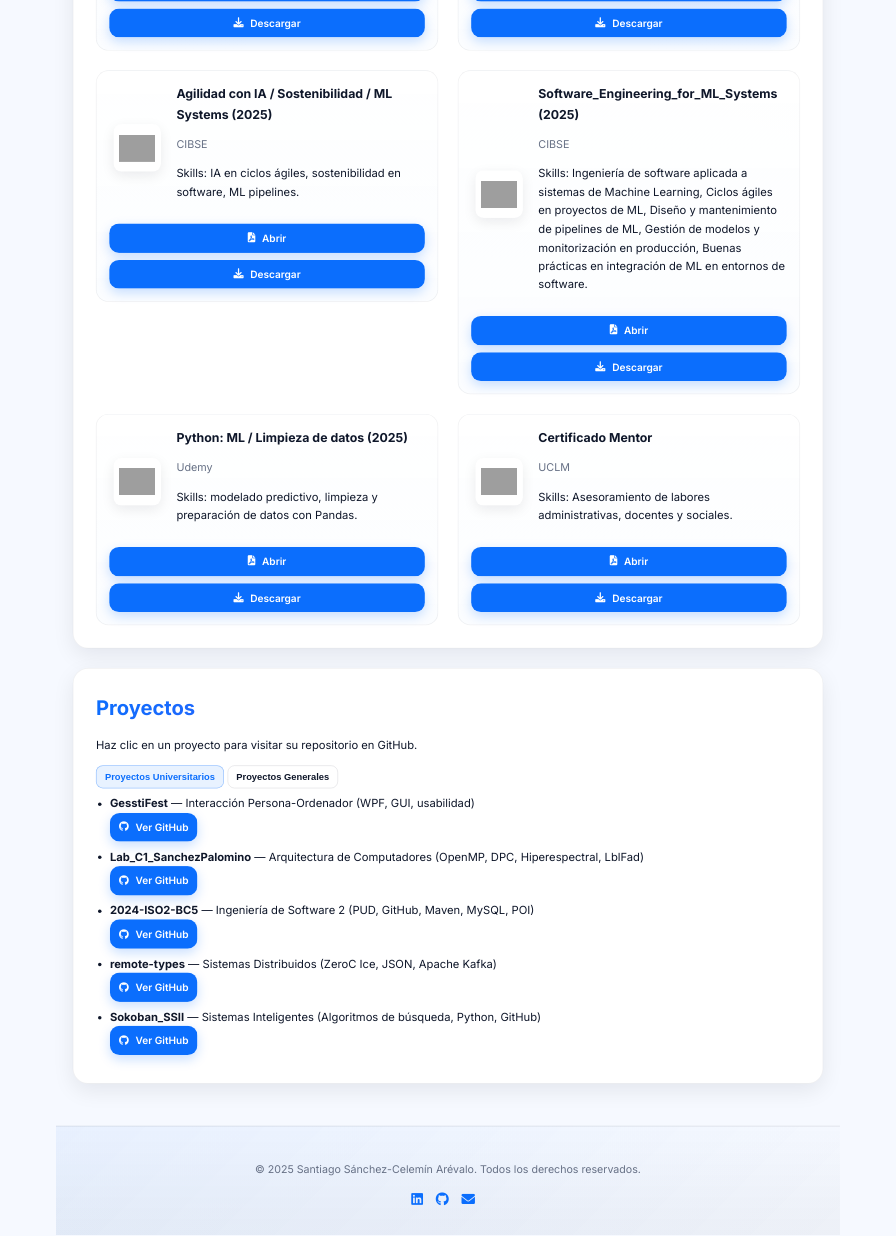
Repository: SantiagoSanchez-CeleminArevalo/Portfolio_SantiagoSanchez-CeleminArevalo
Page: docs/index.html
These files come from the project's save history. The page is drawn as it stood at one moment and after the next save; the edit follows.
The browser window is 1280 px wide. The pictures show the part of the page from y = 2965 to 4885 px (the page is 4730 px tall before and 4885 px after), at 70% of full size.
Pictures or frames that could not be fetched are drawn as grey boxes.

Above is the page before, as saved 2025-12-09 17:56:44.
Console error: TypeError: Cannot read properties of null (reading 'classList')

### docs/index.html
<!doctype html>
<html lang="es">
<head>
  <meta charset="utf-8">
  <meta name="viewport" content="width=device-width, initial-scale=1">
  <title>Portfolio — Santiago Sánchez-Celemín Arévalo</title>
  <link rel="preconnect" href="https://fonts.googleapis.com">
  <link rel="preconnect" href="https://fonts.gstatic.com" crossorigin>
  <link href="https://fonts.googleapis.com/css2?family=Inter:wght@300;400;500;600;700;800&display=swap" rel="stylesheet">
  <link rel="stylesheet" href="https://cdnjs.cloudflare.com/ajax/libs/font-awesome/6.0.0/css/all.min.css">
  <link rel="stylesheet" href="styles.css">
</head>
<body>
  <a class="skip-link" href="#sobre-mi">Saltar al contenido</a>

  <nav class="navbar">
    <div class="container">
      <div class="logo">
        <span class="logo-badge">S</span>
        <a href="#sobre-mi" aria-label="Ir a Sobre mí">Santiago</a>
      </div>
      <div class="nav-links" role="navigation" aria-label="Secciones del sitio">
        <a href="#sobre-mi">Sobre mí</a>
        <a href="#habilidades">Habilidades</a>
        <a href="#formacion">Formación</a>
        <a href="#cursos">Cursos</a>
        <a href="#proyectos">Proyectos</a>
      </div>
      <div class="actions">
        <button class="theme-toggle" id="theme-toggle" aria-label="Cambiar tema">
          <i class="fas fa-moon" aria-hidden="true"></i>
        </button>
        <button class="hamburger" id="hamburger" aria-label="Abrir menú">
          <i class="fas fa-bars" aria-hidden="true"></i>
        </button>
      </div>
    </div>
    <div class="mobile-menu container" id="mobileMenu" hidden aria-hidden="true">

      <!-- Enlaces del menú -->
      <a href="#sobre-mi">Sobre mí</a>
      <a href="#habilidades">Habilidades</a>
      <a href="#formacion">Formación</a>
      <a href="#cursos">Cursos</a>
      <a href="#proyectos">Proyectos</a>
    </div>

  </nav>

  <header class="hero" id="inicio">
    <div class="container hero-grid">
      <div class="profile">
        <img loading="lazy" src="images/Foto_Profesional.jpg" alt="Foto de Santiago Sánchez-Celemín Arévalo" class="profile-photo">
        <h1>Santiago Sánchez-Celemín Arévalo</h1>
        <p class="subtitle">Estudiante de Ingeniería Informática — Universidad de Castilla-La Mancha</p>
        <p class="meta">Carnet: Tipo B · Disponibilidad para viajar</p>
        <div class="cta-row">
          <a href="cv/Curriculum_Santiago_Sánchez-Celemín_Arévalo.pdf" class="btn" download>
            <i class="fa-solid fa-file-arrow-down"></i> Descargar CV
          </a>
          <a href="#proyectos" class="btn ghost">
            <i class="fa-solid fa-diagram-project"></i> Ver proyectos
          </a>
        </div>
        <div class="social-icons" aria-label="Enlaces sociales">
          <a href="https://www.linkedin.com/in/santiago-s%C3%A1nchez-celem%C3%ADn-ar%C3%A9valo/" target="_blank" rel="noopener" aria-label="LinkedIn"><i class="fab fa-linkedin"></i></a>
          <a href="https://santiagosanchez-celeminarevalo.github.io/Portfolio_SantiagoSanchez-CeleminArevalo/" target="_blank" rel="noopener" aria-label="GitHub"><i class="fab fa-github"></i></a>
          <a href="mailto:s.sanchezcelemin@gmail.com" aria-label="Email"><i class="fas fa-envelope"></i></a>
        </div>
      </div>

      <aside class="contact-card" aria-labelledby="contact-title">
        <h2 id="contact-title">Contacto</h2>
        <p><strong>Teléfono:</strong> +34 638 85 64 13</p>
        <p><strong>Email:</strong> <a href="mailto:s.sanchezcelemin@gmail.com">s.sanchezcelemin@gmail.com</a></p>
        <p><strong>Direcciones:</strong><br> Calle Conta 44, Corral de Almaguer, 45880<br> Calle Quevedo 17, 2F, Ciudad Real, 13004</p>
        <p><strong>LinkedIn:</strong><br> <a href="https://www.linkedin.com/in/santiago-s%C3%A1nchez-celem%C3%ADn-ar%C3%A9valo/" target="_blank" rel="noopener">santiago-sánchezcelemín-arévalo</a></p>
      </aside>
    </div>
  </header>

  <main class="container">
    <section id="sobre-mi" class="card">
      <h2>Sobre mí</h2>
      <p>Soy Santiago, estudiante del Grado en Ingeniería Informática en la UCLM, con especial interés en el desarrollo de software y tecnologías como Java, Spring Boot, Angular, SQL y Python. Me considero una persona con una gran capacidad de aprendizaje rápido, capaz de adaptarme a nuevos entornos y herramientas con facilidad.</p>
      <p> Disfruto trabajando en equipo, aportando soluciones y manteniendo siempre una actitud proactiva y orientada a resultados. Además, estoy acostumbrado a trabajar con Git y metodologías ágiles (Scrum) en equipo, lo que me permite integrarme fácilmente en entornos colaborativos de desarrollo. Cuento también con formación complementaria en bases de datos, cloud e inteligencia artificial, lo que me permite abordar proyectos de forma eficaz.</p>
    </section>

    <section id="habilidades" class="card two-column">
    <div>
      <h2>Habilidades técnicas</h2>
      <ul>
        <li><i class="fas fa-code"></i> Lenguajes: Java, C++, Python</li>
        <li><i class="fas fa-layer-group"></i> Backend: Java 17, Spring Boot, APIs REST, JSON</li>
        <li><i class="fas fa-database"></i> Bases de datos: MySQL, PostgreSQL, Oracle SQL, MongoDB, modelado de datos</li>
        <li><i class="fas fa-palette"></i> Front-end: HTML5, CSS3, Angular, consumo de APIs REST</li>
        <li><i class="fas fa-cloud"></i> Cloud & DevOps: Git / GitHub, Docker, CI/CD (GitHub Actions, Jenkins – nivel inicial/Medio), AWS y Azure (nivel Medio)</li>
        <li><i class="fas fa-robot"></i> IA y datos: Python para Machine Learning, limpieza y transformación de datos con Pandas</li>
        <li><i class="fas fa-file-alt"></i> Ofimática: Microsoft Office (Word, Excel, PowerPoint) — nivel avanzado</li>
      </ul>
    </div>

    <div>
      <h2>Habilidades no técnicas</h2>
      <ul>
        <li><i class="fas fa-comments"></i> Comunicación clara y documentación técnica</li>
        <li><i class="fas fa-users"></i> Trabajo en equipo y actitud proactiva</li>
        <li><i class="fas fa-clock"></i> Organización y gestión del tiempo</li>
        <li><i class="fas fa-brain"></i> Capacidad de aprendizaje rápido y adaptación</li>
        <li><i class="fas fa-hands-helping"></i> Mentoría y apoyo a compañeros (Programa Mentor UCLM)</li>
      </ul>
    </div>
  </section>


    <section id="formacion" class="card">
      <h2>Formación</h2>
      <ul class="education-list">
        <li>
          <h3><i class="fas fa-graduation-cap"></i> Ingeniería Informática <span class="muted">— UCLM, Ciudad Real</span></h3>
          <p class="muted">2022 — 2025 (en curso)</p>
          <p>Estudiante del Grado en Ingeniería Informática. Formación orientada a desarrollo de software, bases de datos y sistemas.</p>
        </li>
        <li>
          <h3><i class="fas fa-school"></i> Bachillerato — Humanidades y Ciencias Sociales</h3>
          <p class="muted">2020 — 2022</p>
        </li>
      </ul>
    </section>

    <section id="idiomas" class="card">
      <h2>Idiomas</h2>
      <ul>
        <li><i class="fas fa-language"></i> Español — Nativo</li>
        <li><i class="fas fa-language"></i> Inglés — Nivel medio</li>
      </ul>
    </section>

  <section id="cursos" class="card">
    <h2>Cursos y formación complementaria</h2>
    <p class="muted">Haz clic en un curso para verlo. Puedes previsualizar el certificado antes de descargar.</p>

    <div class="courses-grid">
      <article class="course-card" data-course="c1" data-cert="certs/c1.pdf" tabindex="0" aria-labelledby="c1-title">
        <figure class="course-logo">
          <img loading="lazy" src="images/Complutense.jpg" alt="Universidad Complutense de Madrid — logo">
        </figure>
        <div class="course-body">
          <h3 id="c1-title">Desarrollo de App’s Móviles (2023)</h3>
          <p class="muted">Universidad Complutense de Madrid</p>
          <p>Skills: desarrollo móvil, publicación y deploy.</p>
        </div>
        <div class="course-actions">
          <a class="btn small" href="certs/Desarrollo_de_Apps_Móviles.pdf" target="_blank" rel="noopener"><i class="fa-solid fa-file-pdf"></i> Abrir</a>
          <a class="btn small" href="certs/Desarrollo_de_Apps_Móviles.pdf" download><i class="fa-solid fa-download"></i> Descargar</a>
        </div>
      </article>

      <article class="course-card" data-course="c2" data-cert="certs/c2.pdf" tabindex="0" aria-labelledby="c2-title">
        <figure class="course-logo">
          <img loading="lazy" src="images/INCIBE.jpg" alt="INCIBE — Instituto Nacional de Ciberseguridad — logo">
        </figure>
        <div class="course-body">
          <h3 id="c2-title">Ciberseguridad (2023)</h3>
          <p class="muted">INCIBE — Instituto Nacional de Ciberseguridad</p>
          <p>Skills: búsqueda de ciberamenazas, ciberdefensa.</p>
        </div>
        <div class="course-actions">
          <a class="btn small" href="certs/CIBERSEGURIDAD.pdf" target="_blank" rel="noopener"><i class="fa-solid fa-file-pdf"></i> Abrir</a>
          <a class="btn small" href="certs/CIBERSEGURIDAD.pdf" download><i class="fa-solid fa-download"></i> Descargar</a>
        </div>
      </article>

      <article class="course-card" data-course="c3" data-cert="certs/c3.pdf" tabindex="0" aria-labelledby="c3-title">
        <figure class="course-logo">
          <img loading="lazy" src="images/Google.jpg" alt="Google — logo">
        </figure>
        <div class="course-body">
          <h3 id="c3-title">Digitaliza tu empresa (2023)</h3>
          <p class="muted">Google</p>
          <p>Skills: digitalización, redes sociales, marketing digital, YouTube Analytics.</p>
        </div>
        <div class="course-actions">
          <a class="btn small" href="certs/DIGITALIZA_TU_NEGOCIO.pdf" target="_blank" rel="noopener"><i class="fa-solid fa-file-pdf"></i> Abrir</a>
          <a class="btn small" href="certs/DIGITALIZA_TU_NEGOCIO.pdf" download><i class="fa-solid fa-download"></i> Descargar</a>
        </div>
      </article>

      <article class="course-card" data-course="c4" data-cert="certs/c4.pdf" tabindex="0" aria-labelledby="c4-title">
        <figure class="course-logo">
          <img loading="lazy" src="images/Udemy.png" alt="Udemy — logo">
        </figure>
        <div class="course-body">
          <h3 id="c4-title">Oracle Database (2025)</h3>
          <p class="muted">Udemy</p>
          <p>Skills: modelado y diseño de BD, SQL, PL/SQL, administración.</p>
        </div>
        <div class="course-actions">
          <a class="btn small" href="certs/Certificado_Bases_de_Datos_Oracle.pdf" target="_blank" rel="noopener"><i class="fa-solid fa-file-pdf"></i> Abrir</a>
          <a class="btn small" href="certs/Certificado_Bases_de_Datos_Oracle.pdf" download><i class="fa-solid fa-download"></i> Descargar</a>
        </div>
      </article>

      <article class="course-card" data-course="c5" data-cert="certs/c5.pdf" tabindex="0" aria-labelledby="c5-title">
        <figure class="course-logo">
          <img loading="lazy" src="images/CIBSE.png" alt="CIBSE — logo">
        </figure>
        <div class="course-body">
          <h3 id="c5-title">Agilidad con IA / Sostenibilidad / ML Systems (2025)</h3>
          <p class="muted">CIBSE</p>
          <p>Skills: IA en ciclos ágiles, sostenibilidad en software, ML pipelines.</p>
        </div>
        <div class="course-actions">
          <a class="btn small" href="certs/Agilidad_con_esteroides_de_Inteligencia_Artificial.pdf" target="_blank" rel="noopener"><i class="fa-solid fa-file-pdf"></i> Abrir</a>
          <a class="btn small" href="certs/Agilidad_con_esteroides_de_Inteligencia_Artificial.pdf" download><i class="fa-solid fa-download"></i> Descargar</a>
        </div>
      </article>

      <article class="course-card" data-course="c5" data-cert="certs/c5.pdf" tabindex="0" aria-labelledby="c5-title">
        <figure class="course-logo">
          <img loading="lazy" src="images/CIBSE.png" alt="CIBSE — logo">
        </figure>
        <div class="course-body">
          <h3 id="c5-title">Software_Engineering_for_ML_Systems (2025)</h3>
          <p class="muted">CIBSE</p>
          <p>Skills: Ingeniería de software aplicada a sistemas de Machine Learning, Ciclos ágiles en proyectos de ML, Diseño y mantenimiento de pipelines de ML, Gestión de modelos y monitorización en producción, Buenas prácticas en integración de ML en entornos de software.</p>
        </div>
        <div class="course-actions">
          <a class="btn small" href="certs/Software_Engineering_for_ML_Systems.pdf" target="_blank" rel="noopener"><i class="fa-solid fa-file-pdf"></i> Abrir</a>
          <a class="btn small" href="certs/Software_Engineering_for_ML_Systems.pdf" download><i class="fa-solid fa-download"></i> Descargar</a>
        </div>
      </article>

      <article class="course-card" data-course="c6" data-cert="certs/c6.pdf" tabindex="0" aria-labelledby="c6-title">
        <figure class="course-logo">
          <img loading="lazy" src="images/Udemy.png" alt="Udemy — logo">
        </figure>
        <div class="course-body">
          <h3 id="c6-title">Python: ML / Limpieza de datos (2025)</h3>
          <p class="muted">Udemy</p>
          <p>Skills: modelado predictivo, limpieza y preparación de datos con Pandas.</p>
        </div>
        <div class="course-actions">
          <a class="btn small" href="certs/Udemy,_transformación_y_limpieza_de_datos.pdf" target="_blank" rel="noopener"><i class="fa-solid fa-file-pdf"></i> Abrir</a>
          <a class="btn small" href="certs/Udemy,_transformación_y_limpieza_de_datos.pdf" download><i class="fa-solid fa-download"></i> Descargar</a>
        </div>
      </article>

      <article class="course-card" data-course="c6" data-cert="certs/c6.pdf" tabindex="0" aria-labelledby="c6-title">
        <figure class="course-logo">
          <img loading="lazy" src="images/UCLM.png" alt="UCLM — logo">
        </figure>
        <div class="course-body">
          <h3 id="c6-title">Certificado Mentor</h3>
          <p class="muted">UCLM</p>
          <p>Skills: Asesoramiento de labores administrativas, docentes y sociales.</p>
        </div>
        <div class="course-actions">
          <a class="btn small" href="certs/DIPLOMA_MENTOR.pdf" target="_blank" rel="noopener"><i class="fa-solid fa-file-pdf"></i> Abrir</a>
          <a class="btn small" href="certs/DIPLOMA_MENTOR.pdf" download><i class="fa-solid fa-download"></i> Descargar</a>
        </div>
      </article>
    </div>
  </section>


    <!-- Sección de proyectos con pestañas -->
    <section id="proyectos" class="card">
      <h2>Proyectos</h2>
      <p>Haz clic en un proyecto para visitar su repositorio en GitHub.</p>

      <div class="project-tabs">
        <button class="tab-btn active" data-tab="uni">Proyectos Universitarios</button>
        <button class="tab-btn" data-tab="gen">Proyectos Generales</button>
      </div>

      <div class="tab-content">
        <!-- Proyectos Universitarios -->
        <div id="uni" class="tab-panel">
          <ul class="projects-list">
            <li>
              <strong>GesstiFest</strong> — Interacción Persona-Ordenador (WPF, GUI, usabilidad)<br>
              <a class="btn small" href="https://github.com/SantiagoSanchez-CeleminArevalo/Portfolio_SantiagoSanchez-CeleminArevalo/blob/projects/projects/GesstiFest" target="_blank" rel="noopener">
                <i class="fab fa-github"></i> Ver GitHub
              </a>
            </li>
            <li>
              <strong>Lab_C1_SanchezPalomino</strong> — Arquitectura de Computadores (OpenMP, DPC, Hiperespectral, LblFad)<br>
              <a class="btn small" href="https://github.com/SantiagoSanchez-CeleminArevalo/Portfolio_SantiagoSanchez-CeleminArevalo/blob/projects/projects/Lab_C1_SanchezPalomino-main" target="_blank" rel="noopener">
                <i class="fab fa-github"></i> Ver GitHub
              </a>
            </li>
            <li>
              <strong>2024-ISO2-BC5</strong> — Ingeniería de Software 2 (PUD, GitHub, Maven, MySQL, POI)<br>
              <a class="btn small" href="https://github.com/SantiagoSanchez-CeleminArevalo/Portfolio_SantiagoSanchez-CeleminArevalo/blob/projects/projects/2024-ISO2-BC5-main" target="_blank" rel="noopener">
                <i class="fab fa-github"></i> Ver GitHub
              </a>
            </li>
            <li>
              <strong>remote-types</strong> — Sistemas Distribuidos (ZeroC Ice, JSON, Apache Kafka)<br>
              <a class="btn small" href="https://github.com/SantiagoSanchez-CeleminArevalo/Portfolio_SantiagoSanchez-CeleminArevalo/blob/projects/projects/remote-types-main-main" target="_blank" rel="noopener">
                <i class="fab fa-github"></i> Ver GitHub
              </a>
            </li>
            <li>
              <strong>Sokoban_SSII</strong> — Sistemas Inteligentes (Algoritmos de búsqueda, Python, GitHub)<br>
              <a class="btn small" href="https://github.com/SantiagoSanchez-CeleminArevalo/Portfolio_SantiagoSanchez-CeleminArevalo/blob/projects/projects/Sokoban_SSII" target="_blank" rel="noopener">
                <i class="fab fa-github"></i> Ver GitHub
              </a>
            </li>
          </ul>
        </div>


        <!-- Proyectos Generales -->
        <div id="gen" class="tab-panel hidden">
          <p>No hay proyectos generales añadidos aún.</p>
        </div>
      </div>
    </section>
  </main>

  <footer class="site-footer container">
    <p>© <span id="year"></span> Santiago Sánchez-Celemín Arévalo. Todos los derechos reservados.</p>
    <div class="social-icons">
      <a href="https://www.linkedin.com/in/santiago-s%C3%A1nchez-celem%C3%ADn-ar%C3%A9valo/" target="_blank" rel="noopener" aria-label="LinkedIn"><i class="fab fa-linkedin"></i></a>
      <a href="https://santiagosanchez-celeminarevalo.github.io/Portfolio_SantiagoSanchez-CeleminArevalo/" target="_blank" rel="noopener" aria-label="GitHub"><i class="fab fa-github"></i></a>
      <a href="mailto:s.sanchezcelemin@gmail.com" aria-label="Email"><i class="fas fa-envelope"></i></a>
    </div>
  </footer>

  <script>
    document.getElementById('year').textContent = new Date().getFullYear();

    const themeToggle = document.getElementById('theme-toggle');
    const body = document.body;
    const icon = themeToggle.querySelector('i');
    const applyThemeIcon = () => icon.className = body.classList.contains('dark-mode') ? 'fas fa-sun' : 'fas fa-moon';
    themeToggle.addEventListener('click', () => {
      body.classList.toggle('dark-mode');
      localStorage.setItem('theme', body.classList.contains('dark-mode') ? 'dark' : 'light');
      applyThemeIcon();
    });
    if (localStorage.getItem('theme') === 'dark') { body.classList.add('dark-mode'); applyThemeIcon(); }

    // Menú móvil
    const hamburger = document.getElementById('hamburger');
    const mobileMenu = document.getElementById('mobileMenu');
    hamburger?.addEventListener('click', () => {
      const willOpen = mobileMenu.hasAttribute('hidden');
      if (willOpen) {
        mobileMenu.removeAttribute('hidden');
        mobileMenu.setAttribute('aria-hidden', 'false');
        hamburger.setAttribute('aria-label', 'Cerrar menú');
        hamburger.innerHTML = '<i class="fas fa-xmark" aria-hidden="true"></i>';
      } else {
        mobileMenu.setAttribute('hidden', '');
        mobileMenu.setAttribute('aria-hidden', 'true');
        hamburger.setAttribute('aria-label', 'Abrir menú');
        hamburger.innerHTML = '<i class="fas fa-bars" aria-hidden="true"></i>';
      }
    });
    mobileMenu?.querySelectorAll('a').forEach(a => a.addEventListener('click', () => {
      mobileMenu.setAttribute('hidden', '');
      mobileMenu.setAttribute('aria-hidden', 'true');
      hamburger.innerHTML = '<i class="fas fa-bars" aria-hidden="true"></i>';
      hamburger.setAttribute('aria-label', 'Abrir menú');
    }));

    // Scroll suave
    const navLinks = document.querySelectorAll('.nav-links a, .mobile-menu a');
    navLinks.forEach(link => {
      link.addEventListener('click', (e) => {
        const href = link.getAttribute('href');
        if (href && href.startsWith('#')) {
          e.preventDefault();
          const target = document.querySelector(href);
          target?.scrollIntoView({ behavior: 'smooth', block: 'start' });
          history.replaceState(null, '', href);
        }
      });
    });
    window.addEventListener('load', () => {
      if (location.hash) {
        const t = document.querySelector(location.hash);
        t?.scrollIntoView({ behavior: 'smooth', block: 'start' });
      }
    });

    // Pestañas de proyectos
    const projectTabs = document.querySelectorAll('.project-tabs .tab-btn');
    const projectPanels = document.querySelectorAll('.tab-panel');
    projectTabs.forEach(tab => {
      tab.addEventListener('click', () => {
        projectTabs.forEach(t => t.classList.remove('active'));
        tab.classList.add('active');
        const target = tab.getAttribute('data-tab');
        projectPanels.forEach(panel => {
          panel.id === target ? panel.classList.remove('hidden') : panel.classList.add('hidden');
        });
      });
    });

    const backToTop = document.getElementById('backToTop');
    window.addEventListener('scroll', () => {
      if (window.scrollY > 600) backToTop.classList.add('show');
      else backToTop.classList.remove('show');
    });
    backToTop?.addEventListener('click', () => window.scrollTo({ top: 0, behavior: 'smooth' }));
  </script>

  <button id="backToTop" class="back-to-top" aria-label="Volver arriba">
    <i class="fa-solid fa-arrow-up"></i> Arriba
  </button>
</body>
</html>

Loaded but not shown: docs/styles.css (528 lines, source omitted)

After the next save:
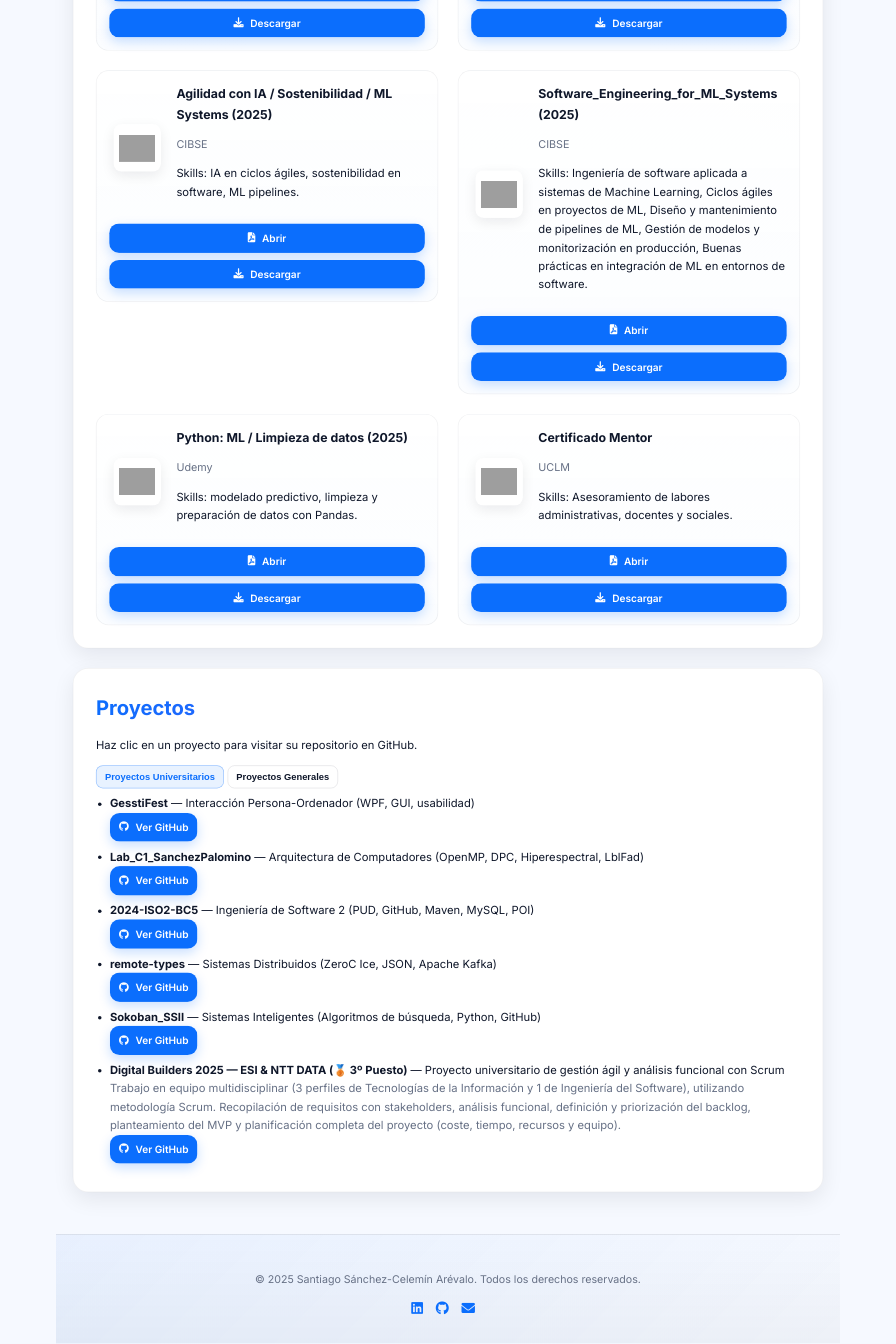
Saved 4 min 42 s later.
--- a/docs/index.html
+++ b/docs/index.html
@@ -308,6 +308,16 @@
                 <i class="fab fa-github"></i> Ver GitHub
               </a>
             </li>
+            <li>
+  <strong>Digital Builders 2025 — ESI & NTT DATA (🥉 3º Puesto)</strong> — Proyecto universitario de gestión ágil y análisis funcional con Scrum<br>
+  <span class="muted">
+    Trabajo en equipo multidisciplinar (3 perfiles de Tecnologías de la Información y 1 de Ingeniería del Software), utilizando metodología Scrum. Recopilación de requisitos con stakeholders, análisis funcional, definición y priorización del backlog, planteamiento del MVP y planificación completa del proyecto (coste, tiempo, recursos y equipo).
+  </span><br>
+  <a class="btn small" href="https://github.com/SantiagoSanchez-CeleminArevalo/Portfolio_SantiagoSanchez-CeleminArevalo/blob/projects/projects/Digital_Builders_2025" target="_blank" rel="noopener">
+    <i class="fab fa-github"></i> Ver GitHub
+  </a>
+</li>
+
           </ul>
         </div>
 
